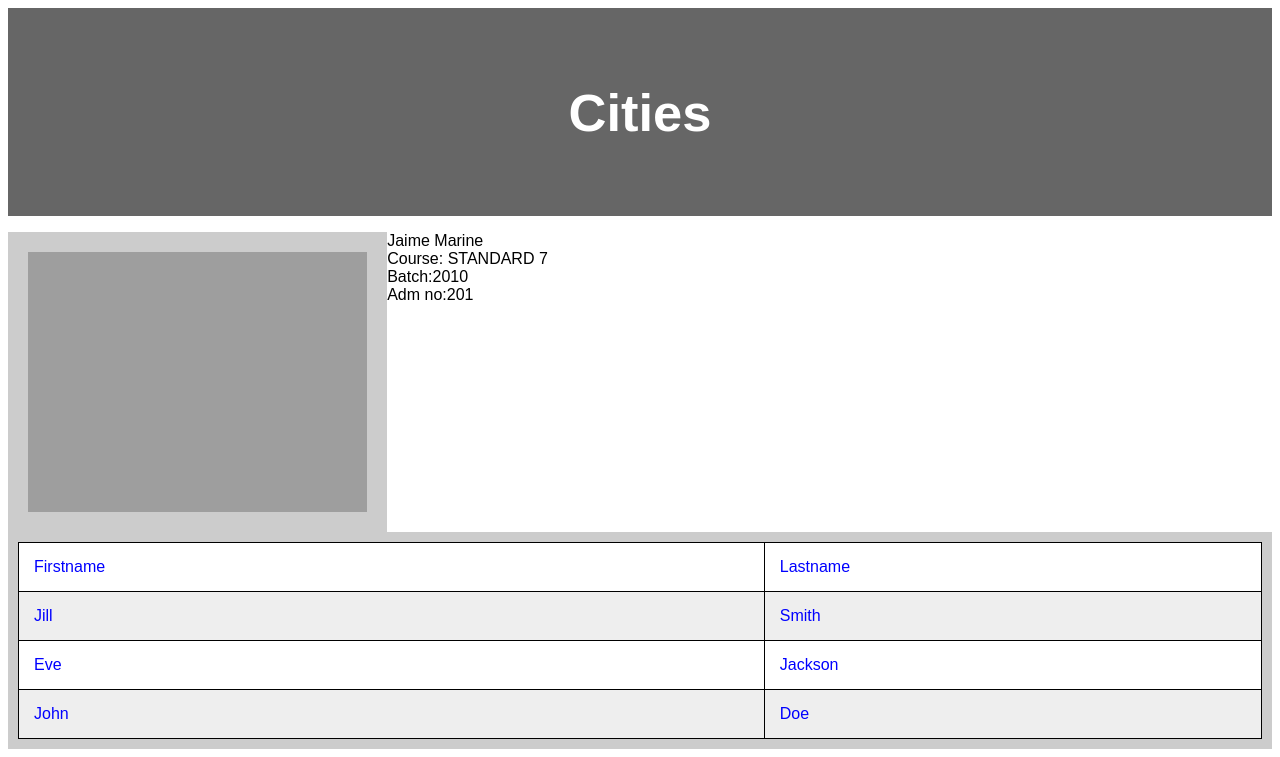
Repository: sandunigayanjali/Library_System
Page: http://localhost/library_management/studentProfile2.jsp
An editor plug-in stored every save of this project. The page is shown before and after the next save, followed by the edit.
The browser window is 1280 px wide. The pictures show the whole page.
Pictures or frames that could not be fetched are drawn as grey boxes. The page is served by Tomcat 9.

Above is the page before, as saved 2018-11-23 15:50:51.

After the next save:
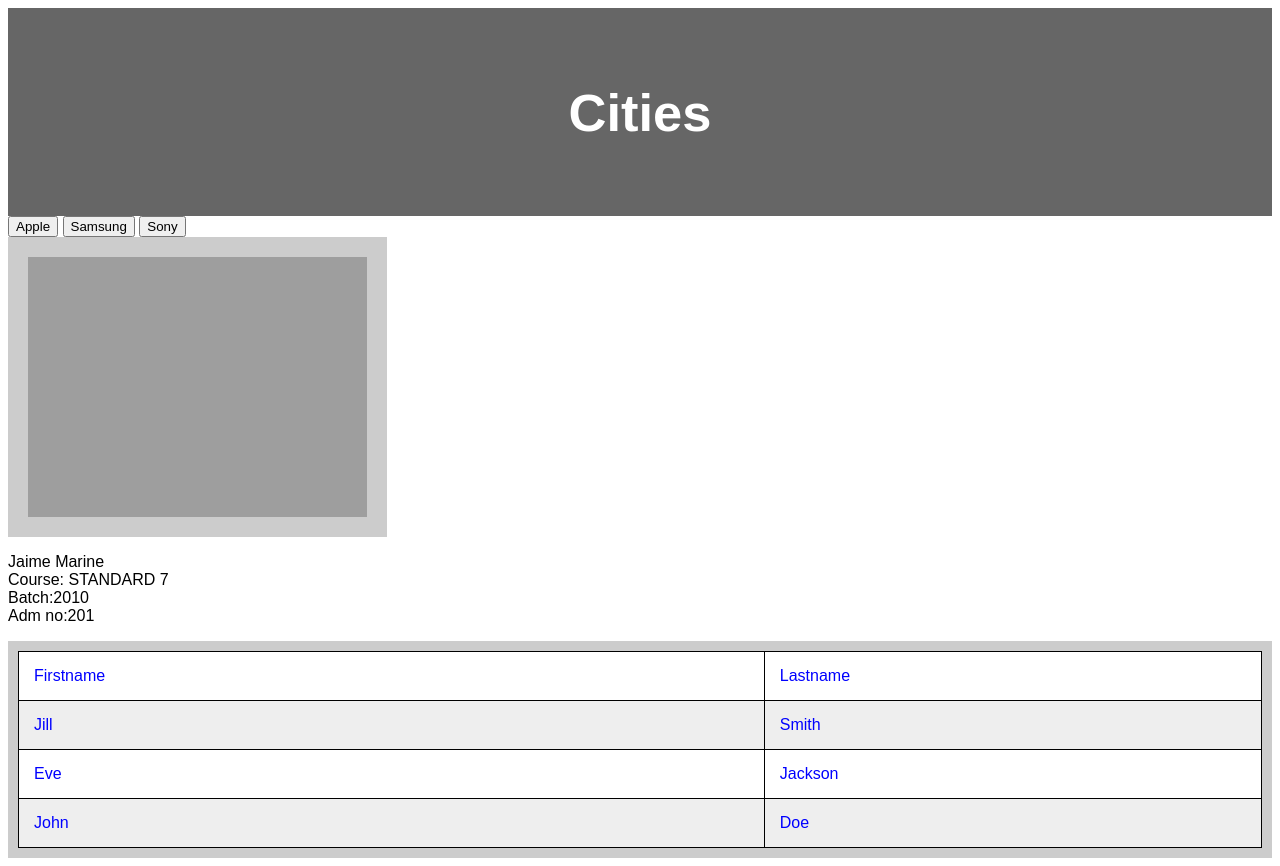
Saved 7 min 49 s later.
--- a/library management/WebContent/studentProfile2.jsp
+++ b/library management/WebContent/studentProfile2.jsp
@@ -104,6 +104,15 @@ border-spacing:3px;
   <h2>Cities</h2>
 </header>
 
+<div class="container">
+ <div class="btn-group">
+    <button type="button" class="btn btn-primary">Apple</button>
+    <button type="button" class="btn btn-primary">Samsung</button>
+
+    <button type="button" class="btn btn-primary dropdown-toggle" data-toggle="dropdown">
+    Sony<span class="caret"></span></button>
+
+
 <section>
 <aside>
 <img src="F:\library mangement\man.jpg" alt="Smiley face" width="100%" height="100%" align="left"></div>
